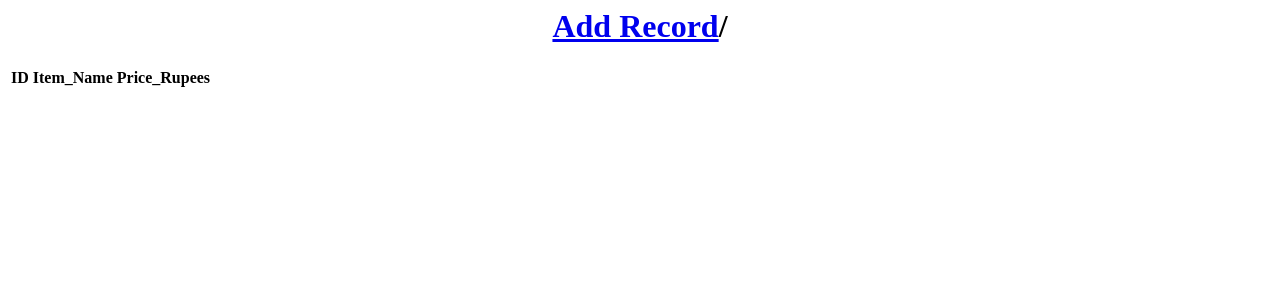
Repository: prathameshhhh12/PizzaShop
Page: http://localhost/Pizzashop/addeditPizza.jsp
The author's editor kept a copy of each file at every save. The page is drawn from the files as they stood at one save, then again after the next save.
The browser window is 1280 px wide. The pictures show the whole page.
The page is served by Tomcat 9. Queries for data that is not in the repository find no rows.

Above is the page before, as saved 2023-02-13 17:03:08.

After the next save:
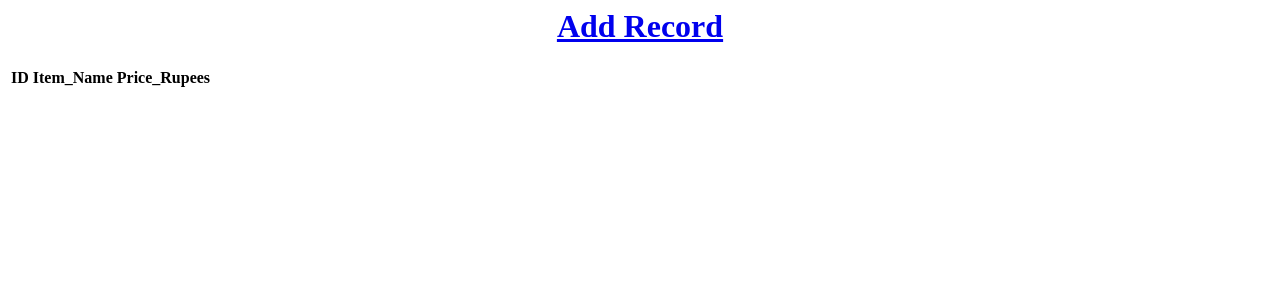
Saved 18 s later.
--- a/Pizzashop/WebContent/addeditPizza.jsp
+++ b/Pizzashop/WebContent/addeditPizza.jsp
@@ -3,7 +3,7 @@
 
 <div class="main">
 <center>
-<h1><a href="addItem.jsp">Add Record</a>/</h1>
+<h1><a href="addItem.jsp">Add Record</a></h1>
 </center>
 
 <table>
